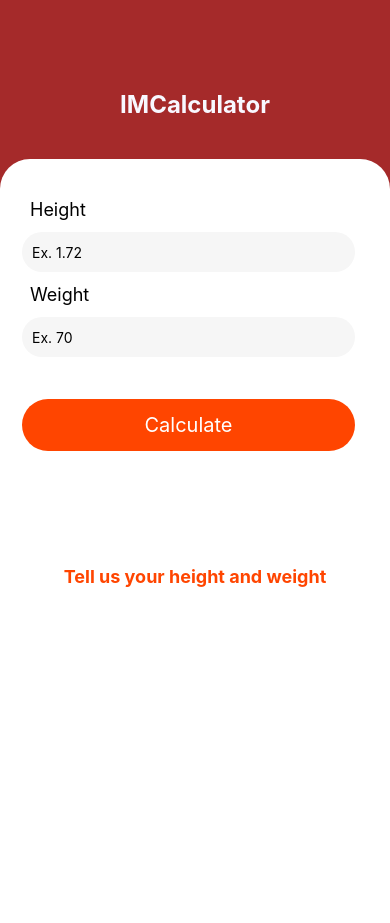
Repository: rubenmatias08/IMCTracker
Screen: /
These files come from the project's save history. The screen is drawn as it stood at one moment and after the next save; the edit follows.
The app was drawn by React Native's web renderer in a window 390 px wide. The project was rebuilt for these pictures with package versions that can differ from the ones it lists, and the page was loaded fresh each time.

Above is the screen before, as saved 2024-03-11 00:57:35.

### App.js
import { StyleSheet, View } from 'react-native';
import Title from './src/components/Title';
import Form from './src/components/Form/index'

export default function App() {
  return (
    <View style={styles.container}>
      <Title/>
      <Form />
    </View>
  );
}

const styles = StyleSheet.create({
  container: {
    flex: 1,
    backgroundColor: '#A52A2A',
    paddingTop: 80,

  },
});



/*
   alignItems: 'center',
    justifyContent: 'center',

*/

### src/components/Title/index.js
import React from "react";
import { View,Text } from "react-native"; //Componentes
import styles from "./style";

export default function Title(){
    return(
        <View style={styles.boxTitle}>
            <Text style={styles.textTitle}>IMCalculator</Text>
        </View>
    )
}

//Para aplicar a estilização colocamos: style={nomedoficheiroimportado.propriedadeJSON}

### src/components/Form/index.js
import React , {useState} from "react";
import { TextInput, View, Text, TouchableOpacity} from "react-native";
import ResultIMC from "./ResultIMC";
import styles from "./style";


export default function Form(){

    const [height, setHeight] = useState(null); // Altura
    const [weight, setWeight] = useState(null); // Peso
    const [messageIMC, setmessageIMC] = useState("Tell us your height and weight"); // Mensagem que contem o resultado
    const [imc,setIMC] = useState(null); // valor do IMC
    const [textButton, setTextButton] = useState("Calculate"); //

    //Calcular o imc é altura x altura a dividir por peso
    //E vamos querer que nos retorne o resultado (toFixed) que é para vir com 2 casas decimais apenas.
    function CalculatorIMC(){
        return setIMC((weight / (height * height)).toFixed(2))
    }

    //Caso os valores tiverem sido preenchidos ele valida, caso contrário temos de avisar o usuário para preencher os dados de altura e peso.
    //Aqui com a condição é: Caso os valores de height e weight sejam diferentes de null, ou seja, estão preenchidos... Chama a função CalculatorIMC() que fará o calculo que depois nos dá o resultado.
    function ValidationIMC(){
        if(height != null && weight != null){
            CalculatorIMC() //Função do calculo
            setHeight(null) //Reset de height para que se faça depois um novo calculo
            setWeight(null) //Reset de weight para que se faça depois um novo calculo
            setmessageIMC("Your IMC is:") //Mensagem para apresentar o resultado
            setTextButton("Calculate again") //Botão com mensagem
            return //Depois de tudo isto... Retorna-nos.
        }
        setIMC(null) //caso o peso e altura sejam nulos, colocamos o imc como nulo também para que não haja resposta de possiveis calculos anteriores
        setTextButton("Calculate") //Para voltar a apresentar o texto original
        setmessageIMC("Tell us your height and weight") //Para voltar a apresentar o texto original

    }


    return(
        <View style={styles.formContent}>
            <View style={styles.form}>
                <Text style={styles.formLabel}>Height</Text>
                <TextInput style= {styles.input}
                onChangeText={setHeight}
                value={height}
                placeholder="Ex. 1.72"
                keyboardType="numeric"
                />

                <Text style={styles.formLabel}>Weight</Text>
                <TextInput style= {styles.input}
                onChangeText={setWeight}
                value={weight}
                placeholder="Ex. 70"
                keyboardType="numeric"
                />

               <TouchableOpacity style={styles.buttonCalculator} onPress={() => ValidationIMC()}>
               <Text style={styles.textButtonCalculator}>{textButton}</Text>
               </TouchableOpacity>

            </View>
            <ResultIMC messageResultImc={messageIMC} resultImc={imc}/>
        </View>
    )
}

//O keyboardType indica qual o tipo de teclado que ele vai abrir
//No <ResultIMC> leva duas props com propriedades dinamicas.


//Antes tinhamos um Button para clicar em vez de TouchOpacity, assim:
//  <Button onPress={() => ValidationIMC()} title={textButton}/>
//mas fizemos diferente e usamos o TouchOpacity porque é mais moderno e melhor. Há várias opções assim, basta ver na documentação do react native.

### src/components/Title/style.js
import { StyleSheet } from "react-native";

const styles = StyleSheet.create( {
    boxTitle: {
        alignItems: "center",
        justifyContent: "center",
        padding: 10,
    },
    textTitle: {
        color:"#F8F8FF",
        fontSize:24,
        fontWeight:"bold"
    }
});

export default styles;

### src/components/Form/ResultIMC/index.js
import React from "react";
import { View , Text } from "react-native";
import styles from "./style";

export default function ResultIMC(props){
    return(
        <View style={styles.ResultIMC}>
            <Text style={styles.information}>{props.messageResultImc}</Text>
            <Text style={styles.numberIMC}>{props.resultImc}</Text>
        </View>
    )
}

//Neste componente vai ser mostrado o resultado do valor de IMC e uma mensagem com o valor desse IMC.

### src/components/Form/style.js
import { StyleSheet } from "react-native";

const styles = StyleSheet.create( {
    formContent: {
        width:"100%",
        height:"100%",
        bottom:0,
        backgroundColor:"#ffffff",
        alignItems:"center",
        borderTopLeftRadius:30,
        borderTopRightRadius:30,
        marginTop:30
    },
    form: {
        width:"100%",
        height:"auto", //Colocando auto, ao colocar novos items ao conteudo ele ajusta.
        marginTop:30,
        padding:10
    },
    formLabel:{
        color:"#000000",
        fontSize:18,
        paddingLeft:20,
    },
    input:{
        width:"90%",
        borderRadius:50,
        backgroundColor:"#f6f6f6",
        height:40,
        margin:12,
        paddingLeft:10,
    },
    buttonCalculator:{
        borderRadius:50,
        alignItems:"center",
        justifyContent:"center",
        width:"90%",
        backgroundColor:"#FF4500",
        paddingTop:14,
        paddingBottom:14,
        marginLeft:12,
        margin:30

    },
    textButtonCalculator:{
        fontSize:20,
        color: "#ffffff",
    }
});

export default styles;

### src/components/Form/ResultIMC/style.js
import { StyleSheet } from "react-native";

const styles = StyleSheet.create( {
    ResultIMC: {
        flex:1,
        marginTop:15,
        paddingTop:60,
        borderRadius:50,
        alignItems:"center",
        width:"100%",
    },
    numberIMC:{
        fontSize:48,
        color:"#FF4500",
        fontWeight:"bold"
    },
    information:{
        fontSize:18,
        color:"#FF4500",
        fontWeight:"bold"
    }
});

export default styles;

After the next save:
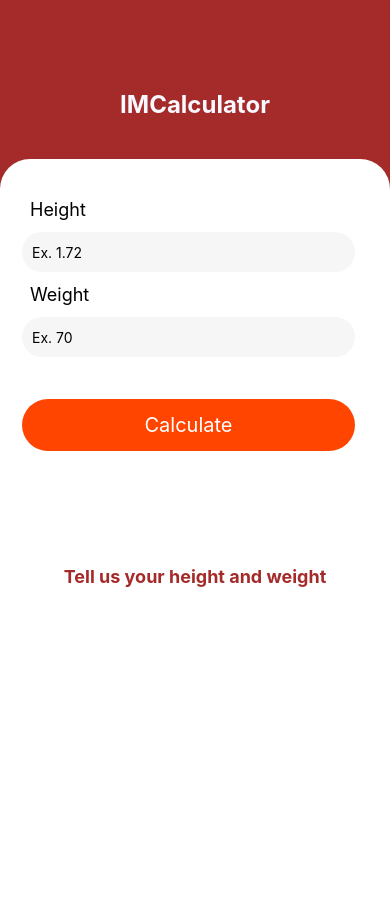
Saved 36 s later.
--- a/src/components/Form/ResultIMC/style.js
+++ b/src/components/Form/ResultIMC/style.js
@@ -11,12 +11,12 @@ const styles = StyleSheet.create( {
     },
     numberIMC:{
         fontSize:48,
-        color:"#FF4500",
+        color:"#A52A2A",
         fontWeight:"bold"
     },
     information:{
         fontSize:18,
-        color:"#FF4500",
+        color:"#A52A2A",
         fontWeight:"bold"
     }
 });
